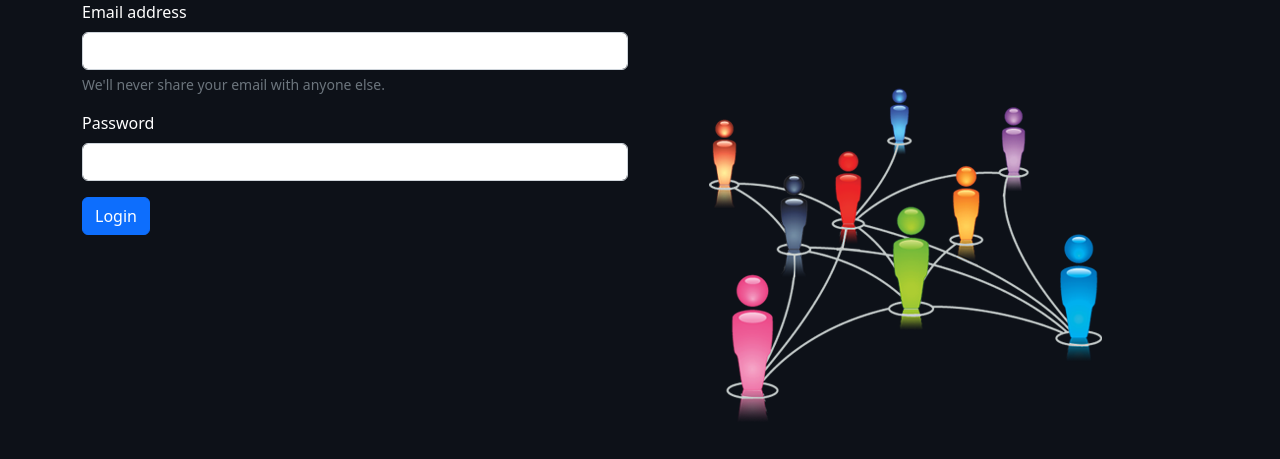
Repository: jaseem1999/sdCommunity
Page: http://localhost/sdCommunity/Login.jsp
These files come from the project's save history. The page is drawn as it stood at one moment and after the next save; the edit follows.
The browser window is 1280 px wide. The pictures show the whole page.
The page is served by Tomcat 9. Other server files are loaded and not shown.

Above is the page before, as saved 2023-09-24 09:00:52.

### sdCommunity/src/main/webapp/Login.jsp
<%@ page language="java" contentType="text/html; charset=ISO-8859-1"
    pageEncoding="ISO-8859-1"%>
<!DOCTYPE html>
<html>
<head>
<meta charset="ISO-8859-1">
<title>Insert title here</title>
<title>Insert title here</title>
<link rel="stylesheet" href="./css/style.css">
<link href="https://cdn.jsdelivr.net/npm/bootstrap@5.2.3/dist/css/bootstrap.min.css" rel="stylesheet" integrity="sha384-rbsA2VBKQhggwzxH7pPCaAqO46MgnOM80zW1RWuH61DGLwZJEdK2Kadq2F9CUG65" crossorigin="anonymous">
<script src="https://cdn.jsdelivr.net/npm/bootstrap@5.2.3/dist/js/bootstrap.bundle.min.js" integrity="sha384-kenU1KFdBIe4zVF0s0G1M5b4hcpxyD9F7jL+jjXkk+Q2h455rYXK/7HAuoJl+0I4" crossorigin="anonymous"></script>


</head>
<body class="bdy">

	<div class="container ">

<%
			String message = request.getParameter("message");
			if (message != null && message.equals("Failed")){
				out.print("<div class='alert alert-danger' role='alert'>Login Failed...<br>Try again...</div>");
			}else{
				out.print("");
			}
%>

			  <div class="row">
			    <div class="col">
			      <form  action="LoginServlet.jsp">
					  <div class="mb-3">
					    <label for="exampleInputEmail1"  class="form-label">Email address</label>
					    <input type="email" class="form-control" id="exampleInputEmail1" aria-describedby="emailHelp" name="email">
					    <div id="emailHelp" class="form-text">We'll never share your email with anyone else.</div>
					  </div>
					  <div class="mb-3">
					    <label for="exampleInputPassword1" class="form-label">Password</label>
					    <input type="password" class="form-control" id="exampleInputPassword1" name="password">
					  </div>
					  <button type="submit" class="btn btn-primary">Login</button>
				 </form>

			    </div>
			    <div class="col">
			 	 	<img alt="" src="./css/img/socialNetwork.png">
			    </div>
			   </div>
    </div>



</body>
</html>

### sdCommunity/src/main/webapp/css/style.css
@charset "ISO-8859-1";
.bdy{
 		background-color: #0d1118;
		color: white;
 }
.heading-possision{
 		position: relative;
 		top : 100px;

 }
 .heading-style{
 		 color: #64ffda;
    		font-size: 38px;
    		margin: 0 0 20px;

 	}
 	.animate-charcter
	{
	  background-image: linear-gradient(
	    -225deg,
	    #231557 0%,
	    #44107a 29%,
	    #ff1361 67%,
	    #fff800 100%
	  );
	  background-size: auto auto;
	  background-clip: border-box;
	  background-size: 200% auto;
	  color: #fff;
	  background-clip: text;
	  text-fill-color: transparent;
	  -webkit-background-clip: text;
	  -webkit-text-fill-color: transparent;
	  animation: textclip 2s linear infinite;
	  display: inline-block;
	      font-size: 60px;
	}

	@keyframes textclip {
	  to {
	    background-position: 200% center;
	  }
	}
 	.homeFirstImgBanner{
	    height: 282px;
	    position: relative;
	    top: 137px;
	    left: 0px;
	    background: #243d3852;
	    border: 1px solid color(srgb 0.55 0.91 0.71 / 0.26);
	    z-index: 100;
	    border-block-width: t;
	    border-block-width: 6px;
 	}
 	.homeFirstImg{
 		width: 284px;
    	height: 282px;
    	position: relative;
    	top: 85px;
    	left: 0px;
    	z-index: 1;
 	}

 	#homeThirdPart{
 		height: 400px;
    	background-image: url(./img/sn2..png);
    	/* background-repeat: no-repeat; */
    	/* background-position: center; */
   		 background-size: cover;
 	}
 	@import url('https://fonts.googleapis.com/css2?family=Alfa+Slab+One&display=swap');


.homeThredContent {
  background-color:  #1a1c1f00;
  display: flex;
  justify-content: center;
  align-items: center;
  min-height: 20vh;
}
.waviy {
  position: relative;
  -webkit-box-reflect: below -20px linear-gradient(transparent, rgba(0,0,0,.2));
  font-size: 28px;
}
.waviy span {
  font-family: 'Alfa Slab One', cursive;
  position: relative;
  display: inline-block;
  color: #fff;
  text-transform: uppercase;
  animation: waviy 1s infinite;
  animation-delay: calc(.1s * var(--i));

}
@keyframes waviy {
  0%,40%,100% {
    transform: translateY(0)
  }
  20% {
    transform: translateY(-20px)
  }
}

.world{
	background-image: url("./css/img/globe.webp");
		background-repeat: no-repeat;
    	background-position: center;
    	background-size: cover;
 		width: 100%;
    	height: auto;
}

After the next save:
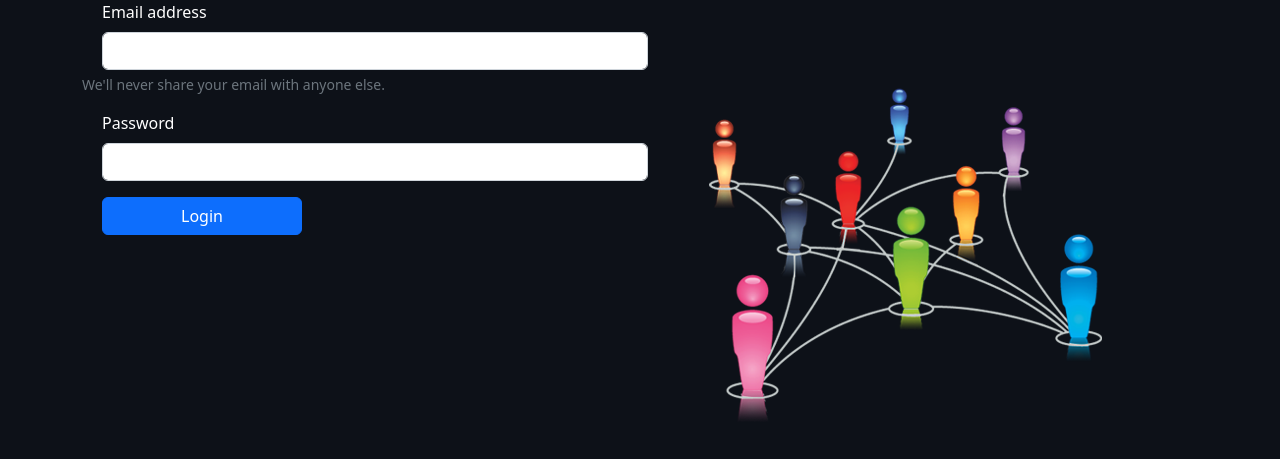
Saved 42 s later.
--- a/sdCommunity/src/main/webapp/Login.jsp
+++ b/sdCommunity/src/main/webapp/Login.jsp
@@ -9,7 +9,20 @@
 <link rel="stylesheet" href="./css/style.css">
 <link href="https://cdn.jsdelivr.net/npm/bootstrap@5.2.3/dist/css/bootstrap.min.css" rel="stylesheet" integrity="sha384-rbsA2VBKQhggwzxH7pPCaAqO46MgnOM80zW1RWuH61DGLwZJEdK2Kadq2F9CUG65" crossorigin="anonymous">
 <script src="https://cdn.jsdelivr.net/npm/bootstrap@5.2.3/dist/js/bootstrap.bundle.min.js" integrity="sha384-kenU1KFdBIe4zVF0s0G1M5b4hcpxyD9F7jL+jjXkk+Q2h455rYXK/7HAuoJl+0I4" crossorigin="anonymous"></script>
+<style type="text/css">
+label, input{
+		margin-left: 20px;
+		margin-right: 10px;
+		width: 200px;
 
+}
+button {
+		margin-left: 20px;
+		margin-right: 10px;
+		width: 200px;
+
+}
+</style>
 
 </head>
 <body class="bdy">
